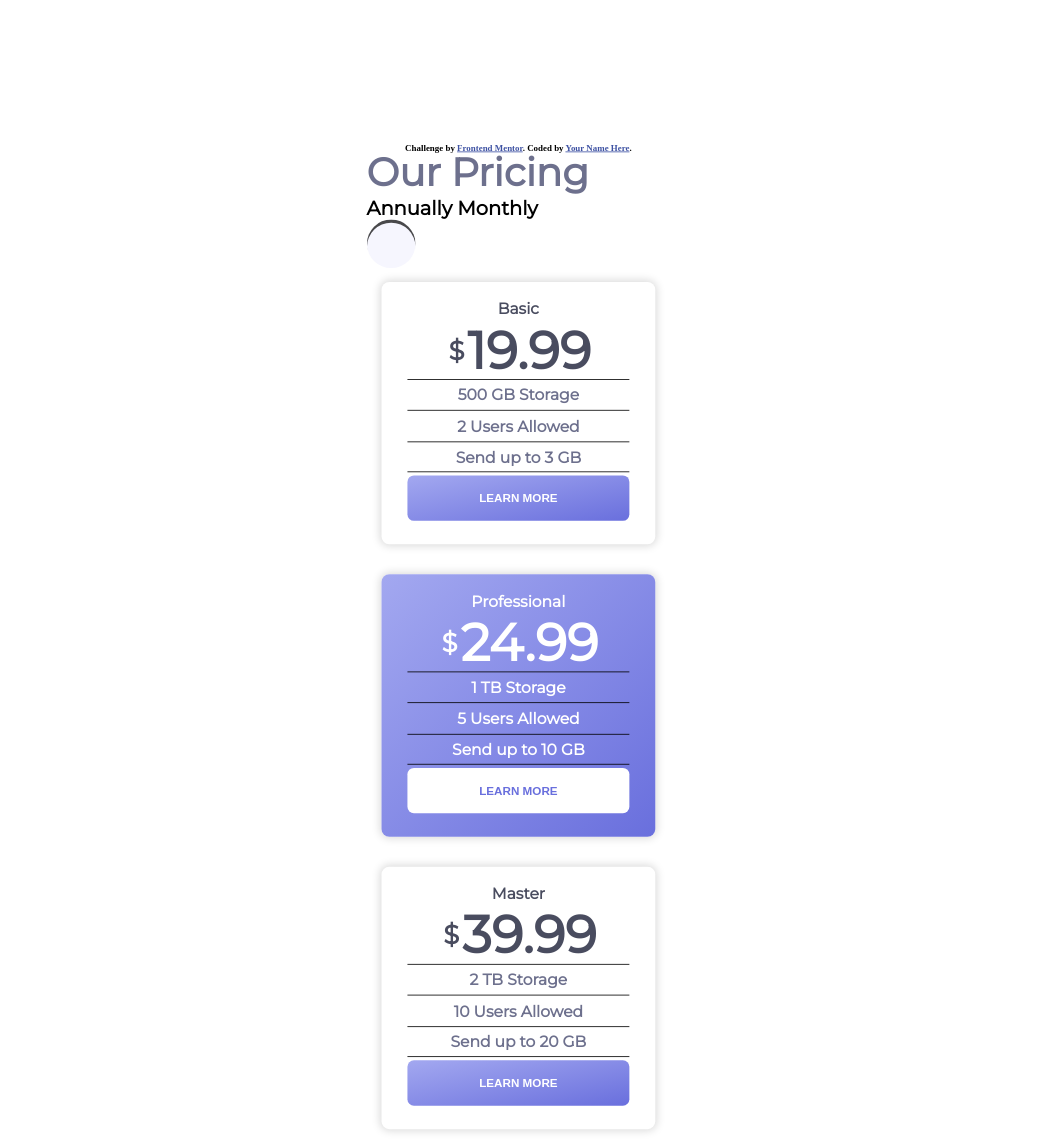
Repository: JuzzJoel/pricing-component-with-toggle-master
Page: index.html
The author's editor kept a copy of each file at every save. The page is drawn from the files as they stood at one save, then again after the next save.
The browser window is 1280 px wide. The pictures show the whole page, at 81% of full size.

Above is the page before, as saved 2025-05-24 11:40:50.

After the next save:
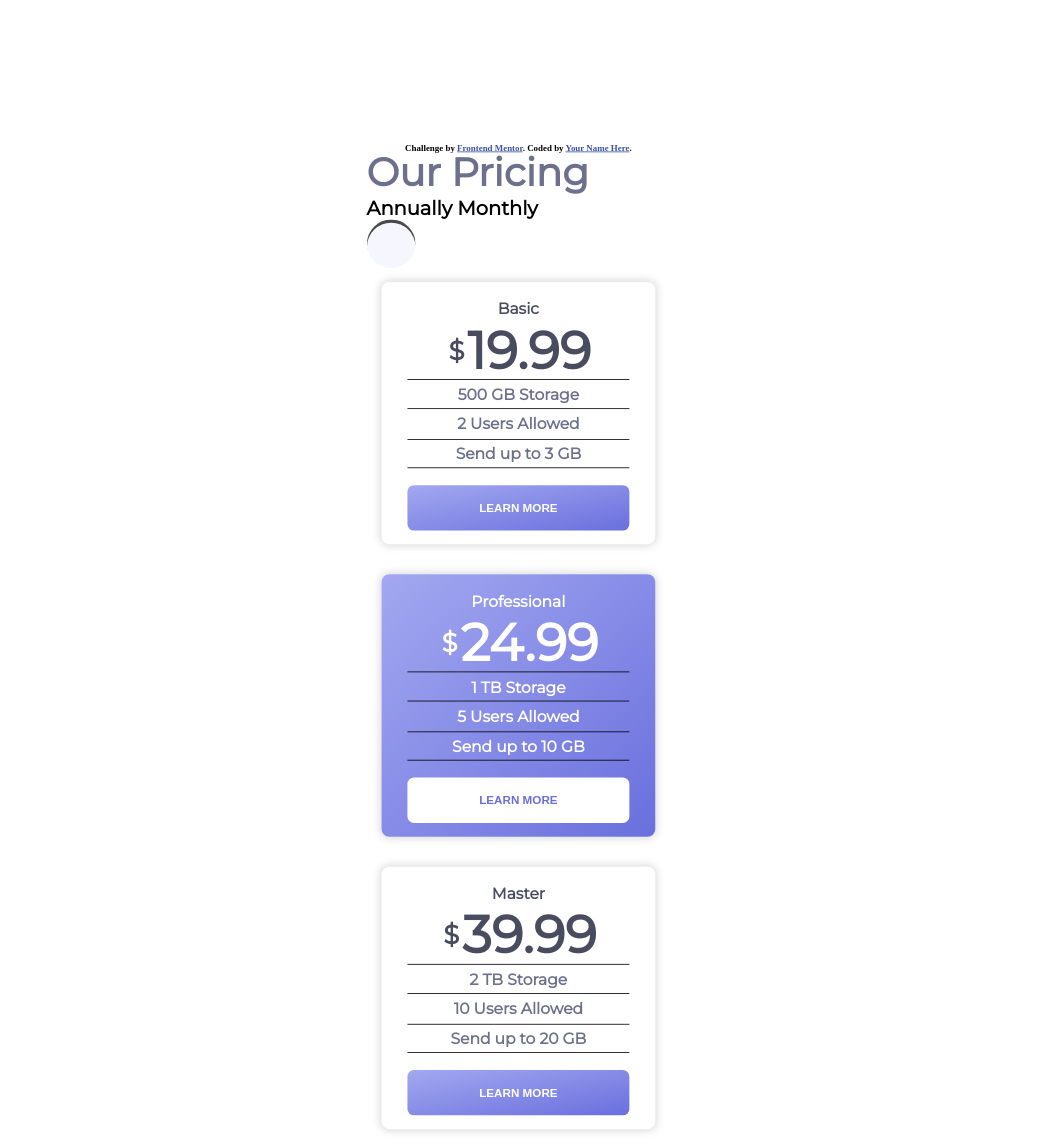
Saved 46 s later.
--- a/index.html
+++ b/index.html
@@ -194,6 +194,7 @@ color: var(--clr-sec-acc);
 background: var(--linear-gradient);
     font-weight: 700;
     font-size: 0.9rem;
+    margin-top: 10%;
   }
   .card-container:nth-child(2) .rows ,
   .card-container:nth-child(2) .rows-head ,
